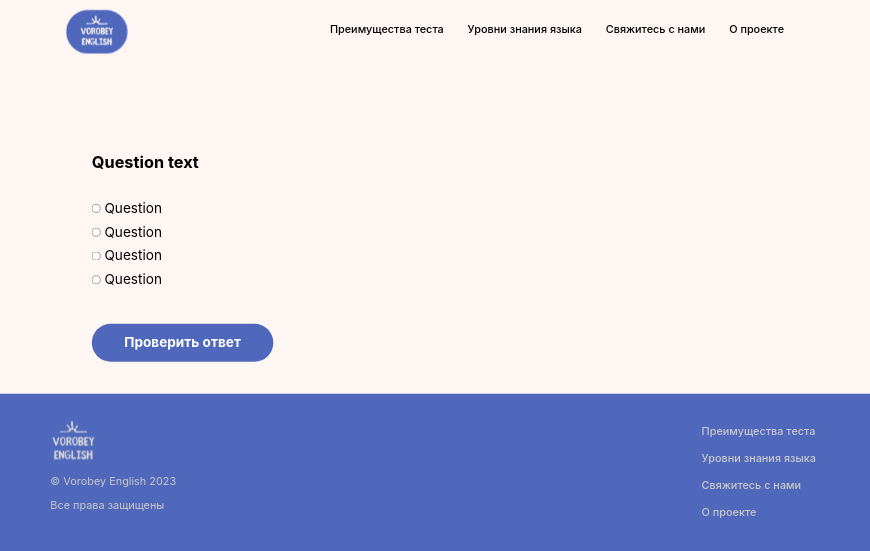
Repository: WladimirVA/PP-01-01_Dandelions
Page: test.html
An editor plug-in stored every save of this project. The page is shown before and after the next save, followed by the edit.
The browser window is 1280 px wide. The pictures show the whole page, at 68% of full size.

Above is the page before, as saved 2023-02-22 12:22:01.

After the next save:
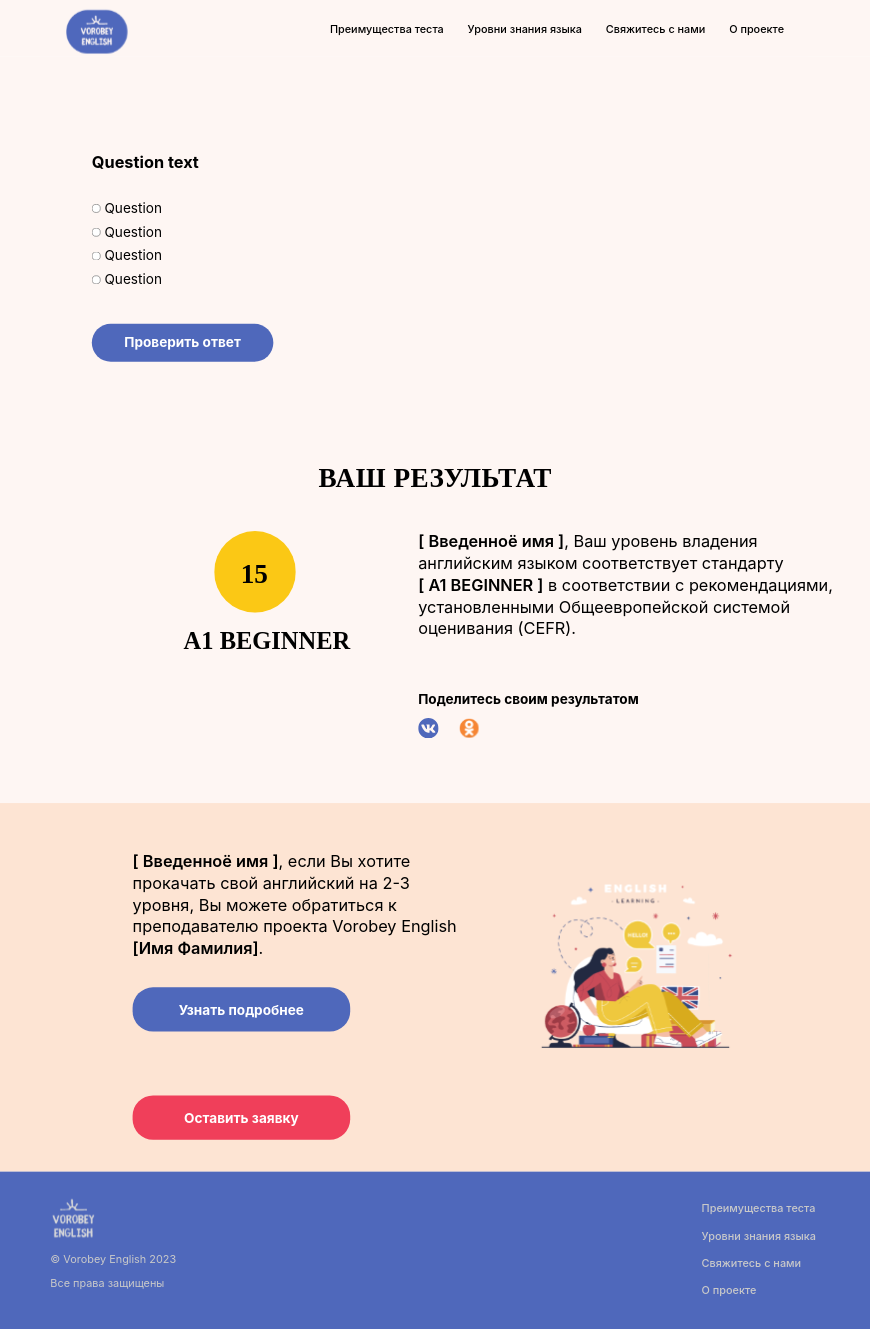
Saved 54 s later.
--- a/test.html
+++ b/test.html
@@ -57,7 +57,7 @@
                 </div>
             </form>
 
-            <!-- <form class="result">
+            <form class="result">
                 <div class="title-result">
                     <p>Ваш Результат</p>
                 </div>
@@ -79,7 +79,7 @@
                             <div class="share-img">
                                 <a href="https://vk.com/" target="_blank"><img src="./static/img/VK.svg" alt="VK"></a>
                                 <a href="https://ok.ru/" target="_blank"><img src="./static/img/odnoklassniki 1.svg" alt="odnoklassniki"></a>
-                                <!-- <img src="./static/img/instagram3 1.svg" alt="instagram">
+                                <!-- <img src="./static/img/instagram3 1.svg" alt="instagram"> -->
                             </div>
                         </div>
                     </div>
@@ -100,7 +100,7 @@
                     </div>
 
                 </div>
-            </form> -->
+            </form>
         </div>
     </main>
     <footer class="FOOTER">
